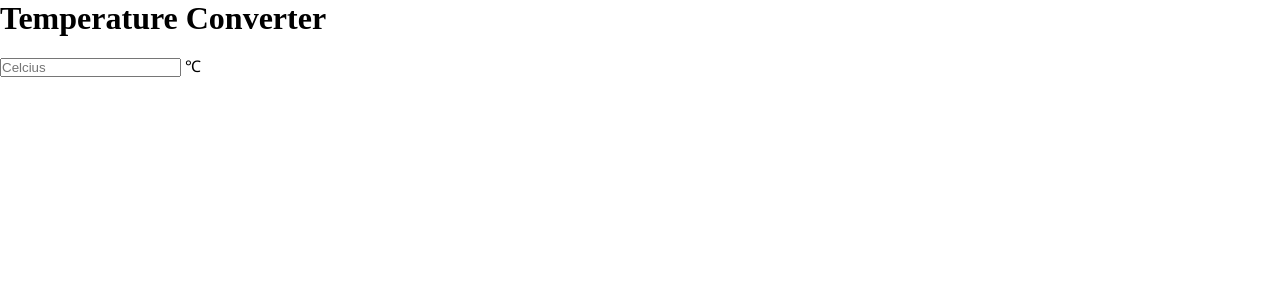
Repository: kiranjeetkaur01/tempconverter.github.io
Page: index.html
These files come from the project's save history. The page is drawn as it stood at one moment and after the next save; the edit follows.
The browser window is 1280 px wide. The pictures show the whole page.

Above is the page before, as saved 2023-09-27 12:02:53.

After the next save:
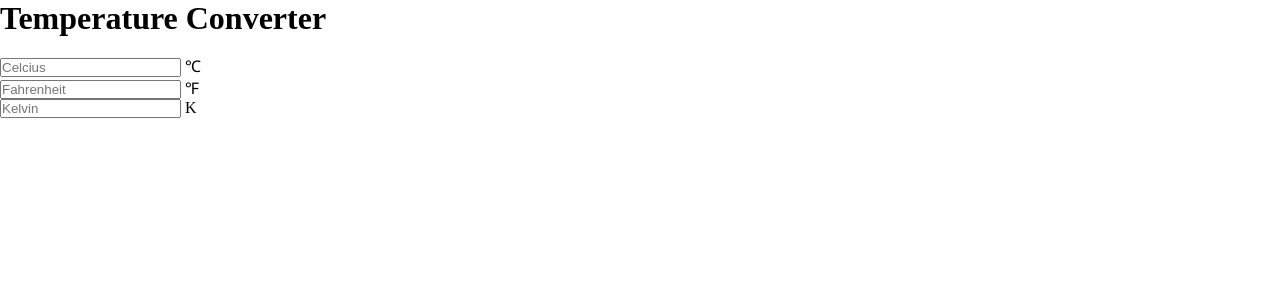
Saved 2 min 5 s later.
--- a/index.html
+++ b/index.html
@@ -25,5 +25,15 @@
         <span class="icon">&#8451</span>
       </div>
     </div>
+      <div id="fahrenheit">
+        <input type="number" name="" placeholder="Fahrenheit">
+        <span class="icon">&#8457</span>
+      </div>
+    </div>
+      <div id="kelvin">
+        <input type="number" name="" placeholder="Kelvin">
+        <span class="icon">&#8490</span>
+      </div>
+    </div>
   </body>
 </html>
